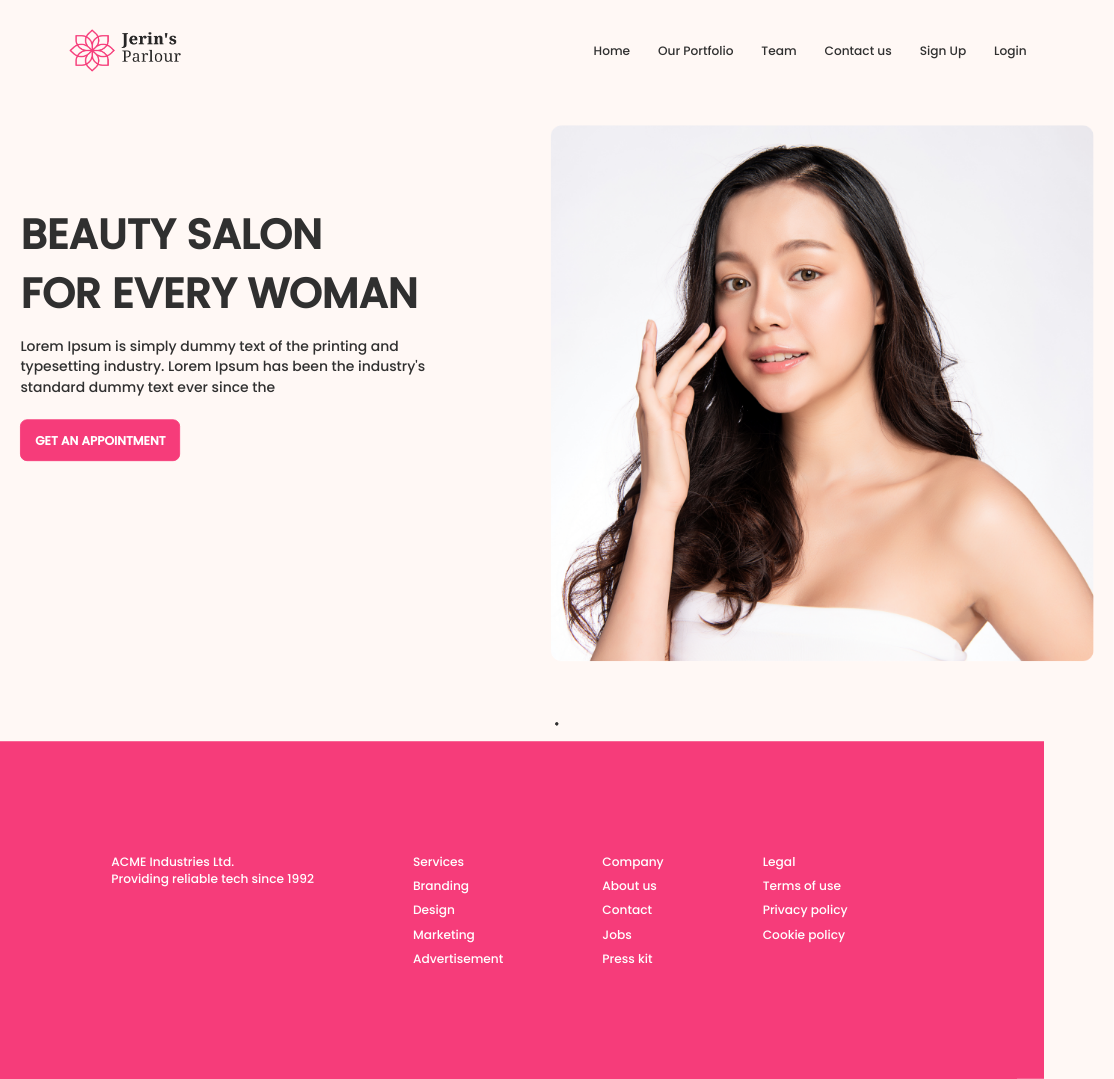
Repository: Wahid137/jerins-parlour-client
Page: /
The author's editor kept a copy of each file at every save. The page is drawn from the files as they stood at one save, then again after the next save.
The browser window is 1280 px wide. The pictures show the whole page, at 87% of full size.
The page's requests for data from a server got no answer. The project was rebuilt for these pictures with package versions that can differ from the ones it lists, and the page was loaded fresh each time. No one was signed in, and anything a server would have sent is missing. Also part of the build but not shown: src/App.css, src/Pages/Home/Services/ServicesCard.js.

Above is the page before, as saved 2023-07-16 03:51:45.

After the next save:
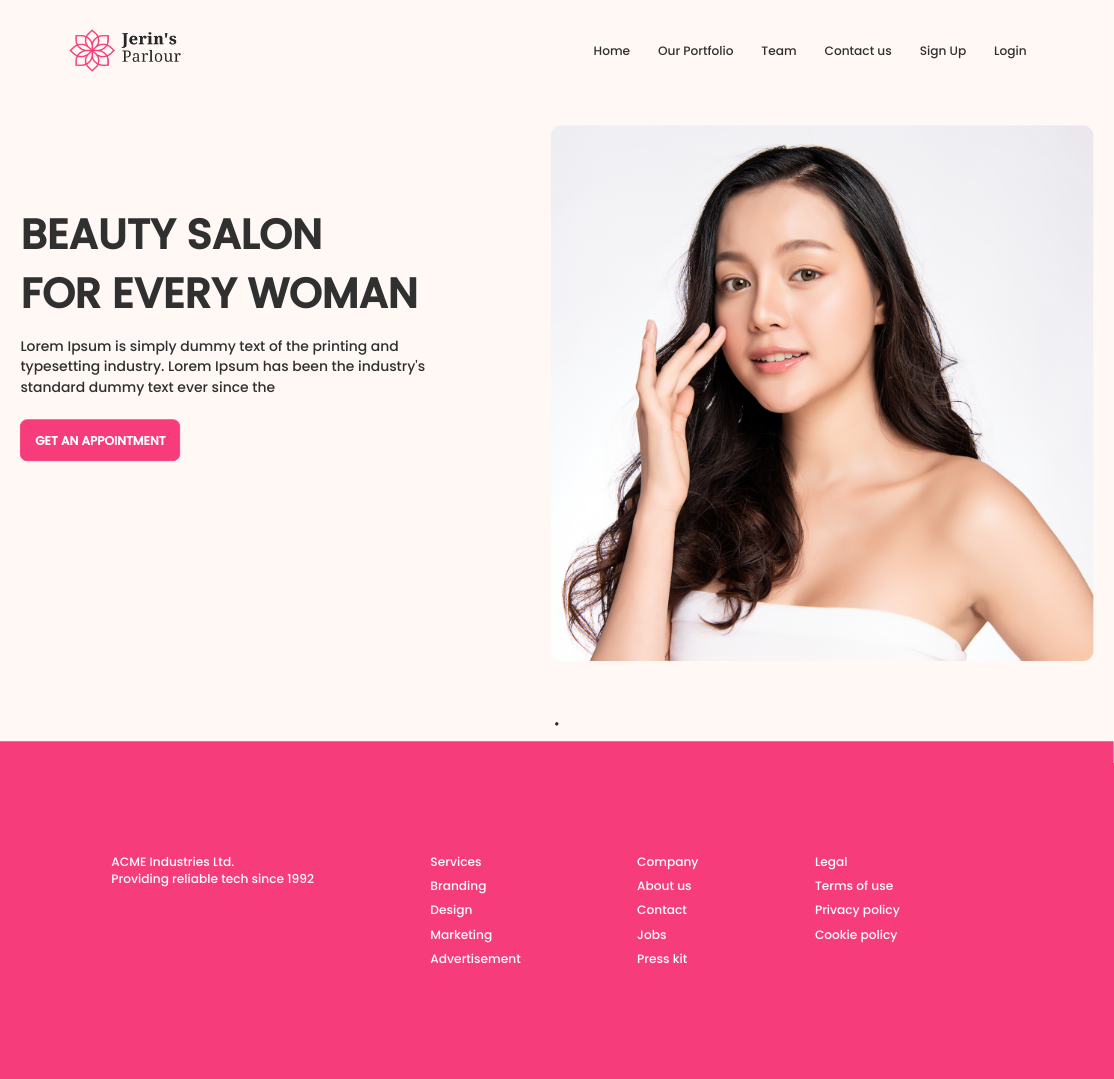
Saved 17 s later.
--- a/src/Shared/Footer/Footer.js
+++ b/src/Shared/Footer/Footer.js
@@ -3,7 +3,7 @@ import React from 'react';
 
 const Footer = () => {
     return (
-        <footer className="footer p-32 bg-primary text-white w-[1200px]">
+        <footer className="footer p-32 bg-primary text-white w-full]">
             <div>
                 <p>ACME Industries Ltd.<br />Providing reliable tech since 1992</p>
             </div>
